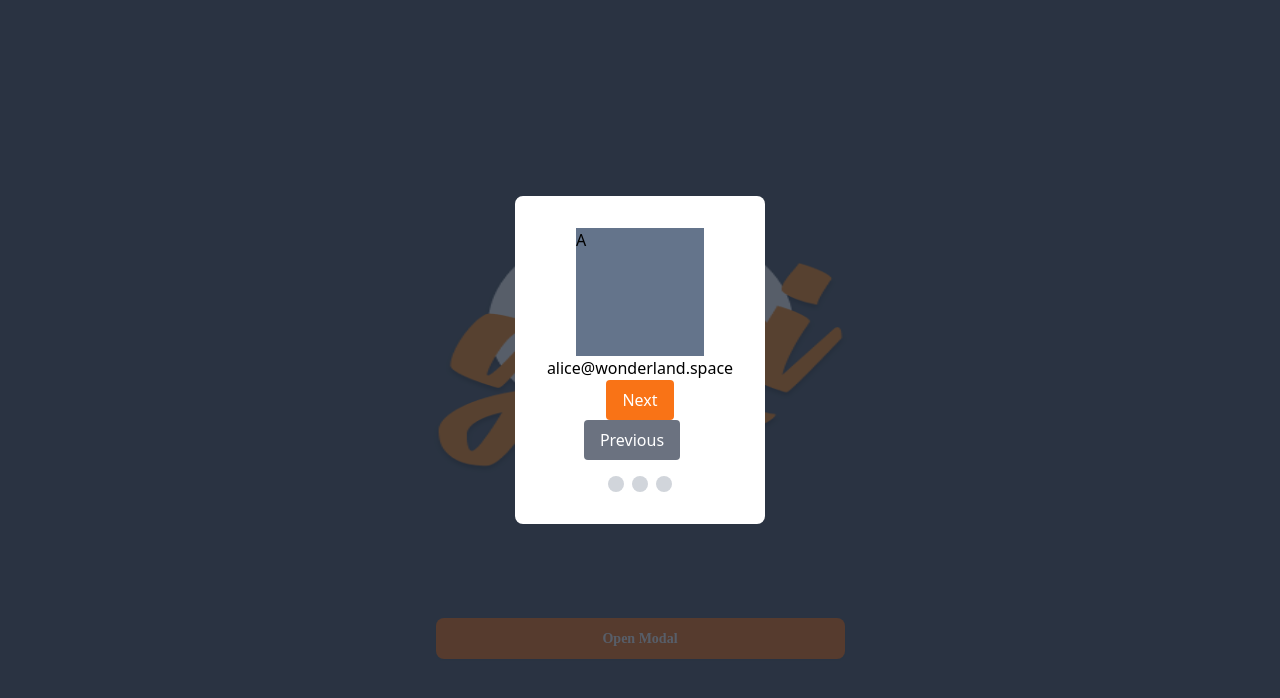
Repository: ZakariaZhlat125/lucatctyteste
Page: /, after clicking the first element matching `button.mt-36`
These files come from the project's save history. The page is drawn as it stood at one moment and after the next save; the edit follows.
The browser window is 1280 px wide. The pictures show the whole page.
The project was rebuilt for these pictures with package versions that can differ from the ones it lists, and the page was loaded fresh each time. Also part of the build but not shown: vite.config.js, src/Components/ModalComponents/PickLang.jsx, src/Components/ModalComponents/SelectImage.jsx.

Above is the page before, as saved 2023-09-29 10:27:04.

After the next save:
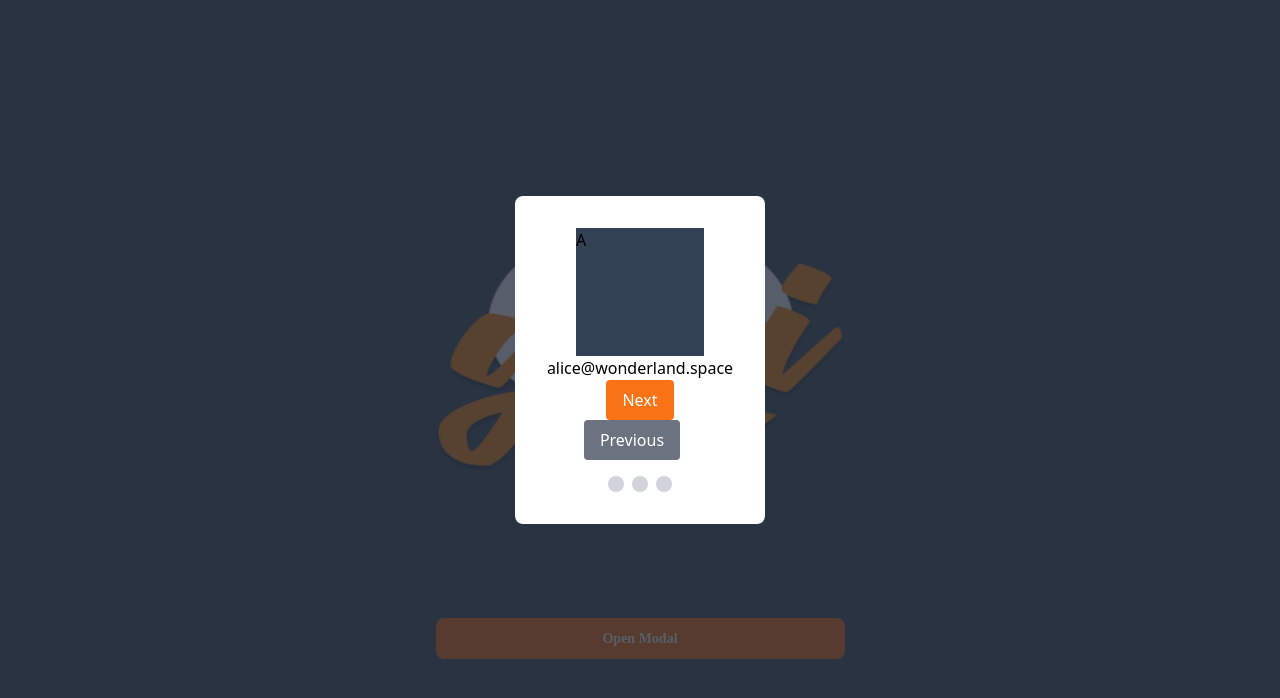
Saved 10 s later.
--- a/src/Components/ModalComponents/Welcom.jsx
+++ b/src/Components/ModalComponents/Welcom.jsx
@@ -5,7 +5,7 @@
     <div className='flex flex-col justify-center items-center'>
 
         {/* <div className='justify-center items-center'> */}
-            <p className='bg-slate-500 w-32 h-32'>A</p>
+            <p className='bg-slate-700 w-32 h-32'>A</p>
             <p>alice@wonderland.space</p>
         {/* </div> */}
     </div>
